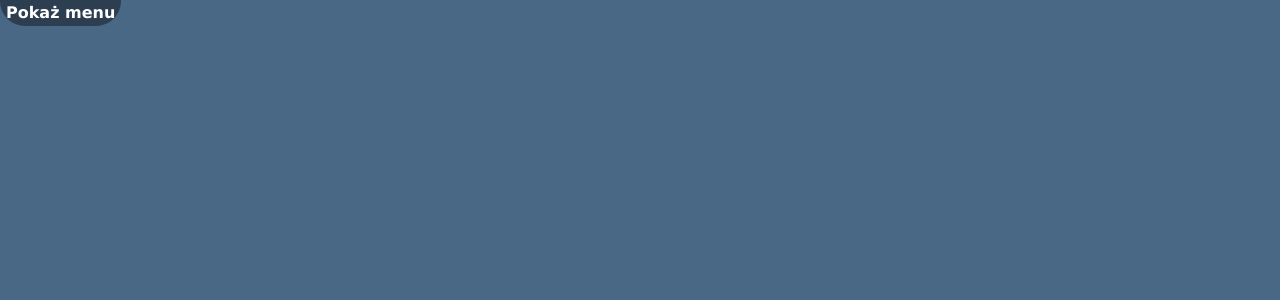
Repository: K4ziWolf/kazi
Page: /
The author's editor kept a copy of each file at every save. The page is drawn from the files as they stood at one save, then again after the next save.
The browser window is 1280 px wide. The pictures show the whole page.
The project was rebuilt for these pictures with package versions that can differ from the ones it lists, and the page was loaded fresh each time. Also part of the build but not shown: vue.config.js, src/components/menu_screen.vue, src/components/login_screen.vue, src/components/option_screen.vue.

Above is the page before, as saved 2023-10-20 21:20:26.

### src/App.vue
<template>
<body>
  <section>
  <div id="container">

    <div class="x-btn"><button class="xd-btn" v-bind:class="open_menu_button " @click="showMenuScreen">Pokaż menu</button>
      <menu_screen v-if="isMenuScreenVisible" @hide-menu-screen="hideMenuScreen" @show-login-screen="showLoginScreen" @change-theme="changeTheme" @option-open="optionOpener">
    </menu_screen>

    <div> <!--menu_scree i login_screen odpowiedzialne są za pokazywanie się tych komponentów-->
      <login_screen v-if="isLoginScreenVisible" @hide-login-screen="hideLoginScreen">
      </login_screen>
    </div>
    <option_screen v-if="isOptionScreenVisible" @hide-option-screen="HideOptionScreen">
      </option_screen>
  </div>
  </div>
  </section>
</body>
</template>

<script>
import menu_screen from './components/menu_screen.vue';
import login_screen from './components/login_screen.vue';
import option_screen from './components/option_screen.vue';
export default {
  components: {
    menu_screen,
    login_screen,
    option_screen,
  },
  data() {
    return {
      open_menu_button: "show",
      open_login_button: "show",
      isLoginScreenVisible: false,
      isMenuScreenVisible: false,
      changecolor:0,
      isOptionScreenVisible: false,
    };
  },
  methods: {
    optionOpener(){
      this.isOptionScreenVisible = true;
    },
    HideOptionScreen(){
      setTimeout(() => {
      this.isOptionScreenVisible = false;
      }, 1000);
    },
    changeTheme() {
        this.changecolor += 1;
      if (this.changecolor % 2 === 0) {
        document.body.style.backgroundColor = 'blue';
      } else {
        document.body.style.backgroundColor = 'red';
      }
    },
    showMenuScreen() { //funkcja pokazująca menu
      this.isMenuScreenVisible = true;
      this.open_menu_button = "hidden";
      this.open_login_button = "show";
    },
    hideMenuScreen() {
      setTimeout(() => { //timeout aby animacja była płynna
        this.open_menu_button = "show";
        this.isMenuScreenVisible = false;
      }, 1200);
    },
    showLoginScreen() {
      this.isLoginScreenVisible = true;
      setTimeout(() => {
      this.isMenuScreenVisible = false;
      }, 1000);
    },
    hideLoginScreen() {
      setTimeout(() => {
        this.open_login_button = "show";
        this.open_menu_button ='show'
        this.isLoginScreenVisible = false;
      }, 1500);
    },
  },
};
</script>

<style>
@import '/src/style.css';

#app {
  font-family: Avenir, Helvetica, Arial, sans-serif;
  -webkit-font-smoothing: antialiased;
  -moz-osx-font-smoothing: grayscale;
  text-align: center;
  color: #2c3e50;
}
.show {
  opacity: 1;
  animation: show_button 0.4s;
}
@keyframes show_button {
  from {
    opacity: 0;
  }
  to {
    opacity: 1;
  }
}
.hidden {
  animation: hide_button 0.4s;
  opacity: 0;
}
@keyframes hide_button {
  from {
    opacity: 1;
  }
  to {
    opacity: 0;
  }
}
body { /*testy moje do zmiany */
  height: 100%;
  width: 100%;
  background-color: rgb(127, 247, 207);
}
.x-btn {
  background-color: rgb(61, 61, 61);
  justify-content: left;
  text-align: left;

}
.xd-btn {
  text-decoration: none;
  border: none;
  font-family: Verdana, Geneva, Tahoma, sans-serif;
  background-color: #2c3e50;
  border-bottom-left-radius: 25px;
  border-bottom-right-radius: 25px;
  color: white;
  font-weight: bolder;
  position: absolute;
  justify-content: left;
}
html {
  background-color: #496886;
}
</style>

### src/style.css
template {
    background-color: aqua;
}

Loaded but not shown: public/index.html (common file); src/main.js (common file)

After the next save:
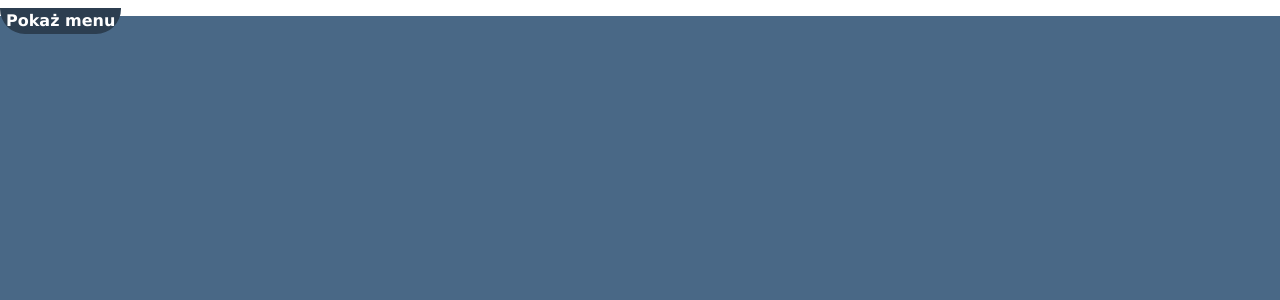
Saved 18 s later.
--- a/src/App.vue
+++ b/src/App.vue
@@ -2,7 +2,7 @@
 <body>
   <section>
   <div id="container">
-
+    <div class="navbar">
     <div class="x-btn"><button class="xd-btn" v-bind:class="open_menu_button " @click="showMenuScreen">Pokaż menu</button>
       <menu_screen v-if="isMenuScreenVisible" @hide-menu-screen="hideMenuScreen" @show-login-screen="showLoginScreen" @change-theme="changeTheme" @option-open="optionOpener">
     </menu_screen>
@@ -13,6 +13,7 @@
     </div>
     <option_screen v-if="isOptionScreenVisible" @hide-option-screen="HideOptionScreen">
       </option_screen>
+  </div>
   </div>
   </div>
   </section>

After the save that followed:
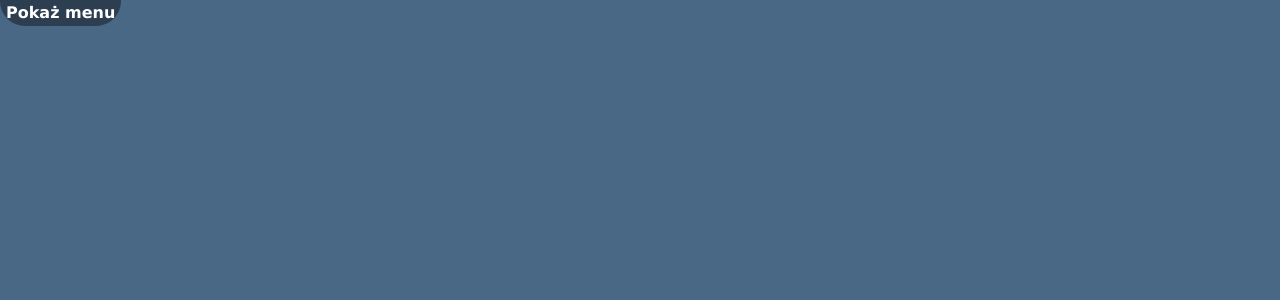
Saved 10 s later.
--- a/src/App.vue
+++ b/src/App.vue
@@ -2,7 +2,7 @@
 <body>
   <section>
   <div id="container">
-    <div class="navbar">
+    <div class="leftbar">
     <div class="x-btn"><button class="xd-btn" v-bind:class="open_menu_button " @click="showMenuScreen">Pokaż menu</button>
       <menu_screen v-if="isMenuScreenVisible" @hide-menu-screen="hideMenuScreen" @show-login-screen="showLoginScreen" @change-theme="changeTheme" @option-open="optionOpener">
     </menu_screen>
